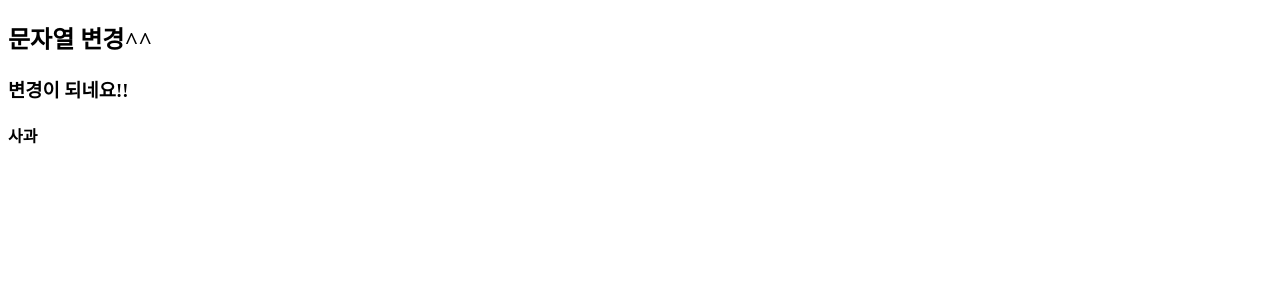
Repository: buildadoor/eclipse
Page: jspexp/src/main/webapp/a01_javascript/a01_basic/a05_dom.html
An editor plug-in stored every save of this project. The page is shown before and after the next save, followed by the edit.
The browser window is 1280 px wide. The pictures show the whole page.
After loading, the first visible `h2` was clicked once.

Above is the page before, as saved 2022-11-14 03:22:28.

After the next save:
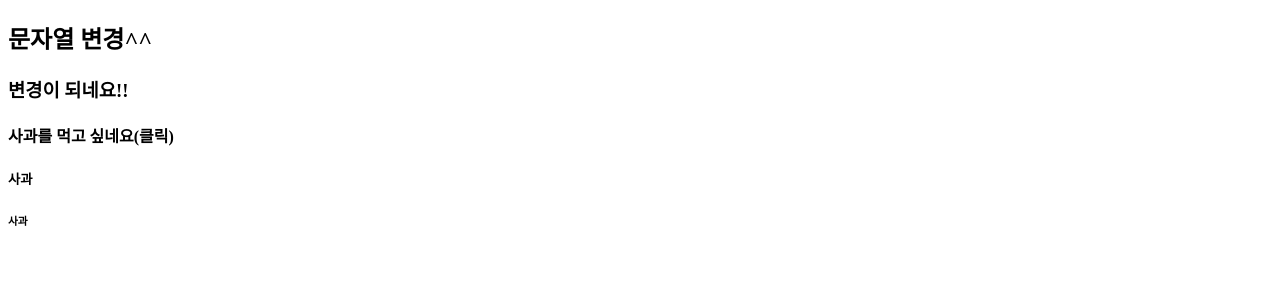
Saved 32 s later.
--- a/jspexp/src/main/webapp/a01_javascript/a01_basic/a05_dom.html
+++ b/jspexp/src/main/webapp/a01_javascript/a01_basic/a05_dom.html
@@ -54,8 +54,10 @@
 		h20obj.innerText = " 문자열 변경^^"
 		var h3obj = document.querySelector("h3")
 		h3obj.innerText = "변경이 되네요!!"
-		var h4obj = document.querySelector("h4")
-		h4obj.innerText = "사과"
+		var h5obj = document.querySelector("h5")
+		h5obj.innerText = "사과"
+		var h6obj = document.querySelector("h6")
+		h6obj.innerText = "사과"
 	}
 	//ex) h4 사과를 먹고 싶네요(클릭) 선언하고ㅡ
 	//h4를 클릭했을 시, h5, h6 하단에 사과가 출력되게 처리하세요
